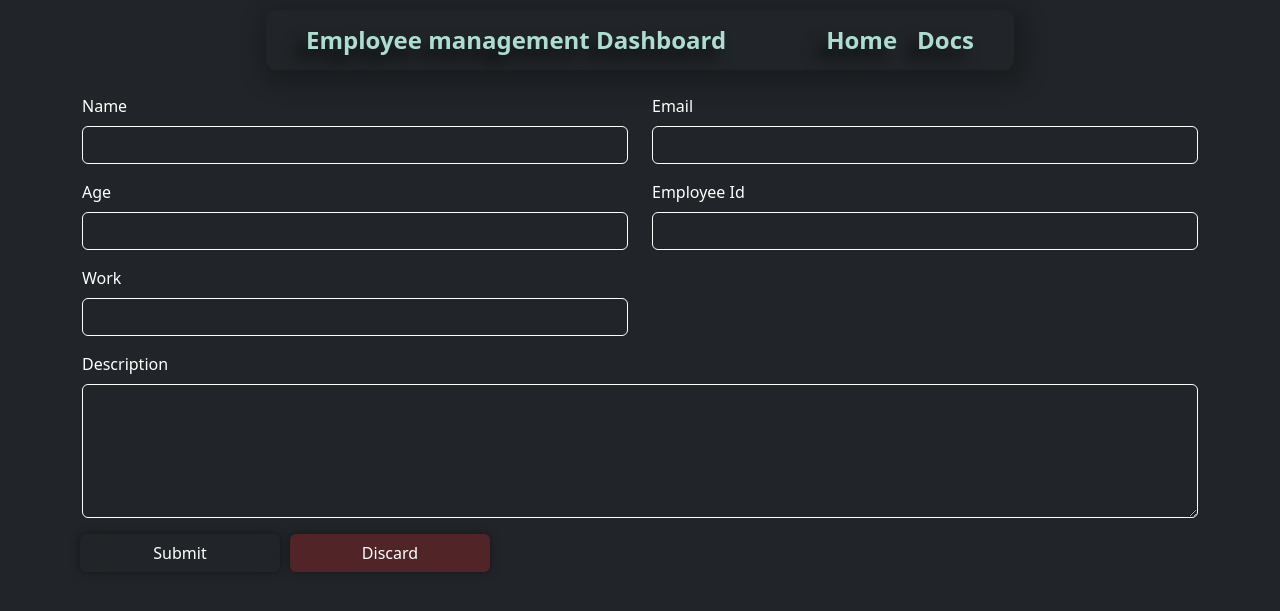
Repository: iamevs/Employee-Management-System
Page: /register (app in client/)
The author's editor kept a copy of each file at every save. The page is drawn from the files as they stood at one save, then again after the next save.
The browser window is 1280 px wide. The pictures show the whole page.
The project was rebuilt for these pictures with package versions that can differ from the ones it lists, and the page was loaded fresh each time. Also part of the build but not shown: client/vite.config.js, client/src/components/Home.jsx, client/src/components/Edit.jsx, client/src/components/Hero.jsx. Imported but missing from the stored project, and not drawn on this page: client/src/components/Details.

Above is the page before, as saved 2022-11-29 00:52:34.

### client/index.html
<html lang="en">
  <head>
    <meta charset="UTF-8" />
    <link rel="icon" type="image/svg+xml" href="/vite.svg" />
    <meta name="viewport" content="width=device-width, initial-scale=1.0" />
    <title>employee-management</title>
  </head>
  <body>
    <div id="root"></div>
    <script type="module" src="/src/main.jsx"></script>
  </body>
</html>

### client/src/main.jsx
import React, { StrictMode } from 'react';
import ReactDOM from 'react-dom';
import { createRoot } from "react-dom/client";
import './index.css';
import App from './App';
import { BrowserRouter } from "react-router-dom"
import ContextProvider from "./components/context/ContextProvider";
// root.render(
//   <StrictMode>
//   <ContextProvider>
//     <BrowserRouter>
//       <App />
//     </BrowserRouter>
//   </ContextProvider>
//   </StrictMode>
//   ,
//   document.getElementById('root')
// );


createRoot(document.getElementById('root')).render(
  <ContextProvider>
    <BrowserRouter>
      <App />
    </BrowserRouter>
  </ContextProvider>
)

### client/src/index.css
body {
  margin: 0;
  font-family: -apple-system, BlinkMacSystemFont, 'Segoe UI', 'Roboto', 'Oxygen',
    'Ubuntu', 'Cantarell', 'Fira Sans', 'Droid Sans', 'Helvetica Neue',
    sans-serif;
  -webkit-font-smoothing: antialiased;
  -moz-osx-font-smoothing: grayscale;
  background-color: #212529 !important;
  color: #fff !important;
}

code {
  font-family: source-code-pro, Menlo, Monaco, Consolas, 'Courier New',
    monospace;
}

.btns{
  display: flex;
  justify-content: space-between;
}

.btns > .tool, .tool{
  /* border: 1px solid #fff; */
  backdrop-filter: blur(10px);
  box-shadow: 0px 0px 9px 1px rgb(0 0 0 / 35%);
}

.form-control{
  background-color: #212529 !important;
  color: #C8DBBE !important;
  border: 1px solid #fff !important;
}

### client/src/App.jsx
import './App.css';
import "../node_modules/bootstrap/dist/css/bootstrap.min.css"
import "../node_modules/bootstrap/dist/js/bootstrap.bundle.min.js"
import Navbar from './components/Navbar';
import Home from './components/Home';
import Register from './components/Register';
import Edit from './components/Edit';
import Details from './components/Details';
import Hero from "./components/Hero.jsx";
import {Routes,Route} from "react-router-dom"




function App() {
  return (
   <>
    <Navbar />
    <Routes>
      <Route path="/" element={<Hero/>} />
      <Route  path="/home" element={<Home/>} />
      <Route exact path="/register" element={<Register/>} />
      <Route exact path="/edit/:id" element={<Edit/>} />
      <Route exact path="/view/:id" element={<Details/>} />
    </Routes>

   </>
  );
}

export default App;

### client/src/components/context/ContextProvider.jsx
import React, { createContext, useState } from 'react'


export const adddata = createContext("");
export const updatedata = createContext("");
export const deldata = createContext("");

const ContextProvider = ({ children }) => {

    const [udata, setUdata] = useState("");
    const [updata, setUPdata] = useState("");
    const [dltdata, setDLTdata] = useState("");


    return (
        <adddata.Provider value={{ udata, setUdata }}>
            <updatedata.Provider value={{ updata, setUPdata }}>
                <deldata.Provider value={{dltdata, setDLTdata}}>
                    {children}
                </deldata.Provider>

            </updatedata.Provider>

        </adddata.Provider>
    )
}

export default ContextProvider;

### client/src/App.css
.add_btn{
  text-align: right;
}

.container{
  overflow: auto;
}

.left_view h3{
  font-size: 21px;
}

.left_view p{
  font-weight: 600;
}

.left_view span{
  font-weight: 400;
}

.right_view p{
  font-weight: 600;
}


.right_view span{
  font-weight: 400;
}

### client/src/components/Navbar.jsx
import React from 'react'
import { NavLink } from 'react-router-dom'
import { Box, Stack } from "@mui/material";


const Navbar = () => {
    return (
        <Stack justifyContent={"center"} direction={"row"} marginTop={"10px"}>
            <Box justifyContent={"space-between"} alignItems={"center"} className="navbar navbar-expand-lg text-white" sx={{
                backgroundColor: "transparent",
                backdropFilter: "blur(10px) !important",
                position: "relative",
                color: "white",
                boxShadow: "4px 7px 20px 11px rgb(0 0 0 / 20%)",
                height: "60px",
                padding: "0 40px 0 40px",
                width: "auto",
                borderRadius: "10px"
            }}>
                <Box sx={{
                    fontSize: "1.5rem",
                    color: "#ADDDD0",
                    fontWeight: "600",
                    textShadow: "-10px 10px 15px rgba(0, 0, 0, 0.8)",
                    marginRight: "100px"
                }}>Employee management Dashboard</Box>
                <Box direction={"row"}>
                    <a href="/home" style={{
                        fontSize: "1.5rem",
                        color: "#ADDDD0",
                        fontWeight: "600",
                        textShadow: "-10px 10px 15px rgba(0, 0, 0, 0.8)",
                        textDecoration: "none",
                    }}>Home</a>
                    <a href="/" style={{
                        fontSize: "1.5rem",
                        color: "#ADDDD0",
                        fontWeight: "600",
                        textShadow: "-10px 10px 15px rgba(0, 0, 0, 0.8)",
                        textDecoration: "none",
                        marginLeft: "20px"
                    }}>Docs</a>

                </Box>
            </Box>
        </Stack>
    )
}

export default Navbar

### client/src/components/Register.jsx
import React, { useContext, useState } from 'react'
import { NavLink, useNavigate } from 'react-router-dom'
import { adddata } from './context/ContextProvider';

var link = "http://localhost:8001/create";

const Register = () => {

    const { udata, setUdata } = useContext(adddata);

    const history = useNavigate();

    const [inpval, setINP] = useState({
        name: "",
        email: "",
        age: "",
        mobile: "",
        work: "",
        desc: ""
    })

    const setdata = (e) => {
        console.log(e.target.value);
        const { name, value } = e.target;
        setINP((preval) => {
            return {
                ...preval,
                [name]: value
            }
        })
    }


    const addinpdata = async (e) => {
        e.preventDefault();

        const { name, email, work, mobile, desc, age } = inpval;


        if (name == "") {
            alert("name is required")
        } else if (email == "") {
            alert("email is required")
        } else if (!email.includes("@")) {
            alert("enter valid email")
        } else if (work == "") {
            alert("work is required")
        } else if (mobile == "") {
            alert("emp id is required")
        } else if (age == "") {
            alert("age is required")
        } else {

            const res = await fetch(link, {
                method: "POST",
                headers: {
                    "Content-Type": "application/json"
                },
                body: JSON.stringify({
                    name, email, work, mobile, desc, age
                })
            });

            const data = await res.json();
            console.log(data);

            if (res.status === 422 || !data) {
                console.log("error ");
                alert("error");

            } else {
                history("/home");
                setUdata(data)
                console.log("data added");

            }
        }

    }

    return (
        <div className="container">
            <form className="mt-4">
                <div className="row">
                    <div class="mb-3 col-lg-6 col-md-6 col-12">
                        <label for="exampleInputEmail1" class="form-label">Name</label>
                        <input type="text" value={inpval.name} onChange={setdata} name="name" class="form-control" id="exampleInputEmail1" aria-describedby="emailHelp" />
                    </div>
                    <div class="mb-3 col-lg-6 col-md-6 col-12">
                        <label for="exampleInputPassword1" class="form-label">Email</label>
                        <input type="email" value={inpval.email} onChange={setdata} name="email" class="form-control" id="exampleInputPassword1" />
                    </div>
                    <div class="mb-3 col-lg-6 col-md-6 col-12">
                        <label for="exampleInputPassword1" class="form-label">Age</label>
                        <input type="text" value={inpval.age} onChange={setdata} name="age" class="form-control" id="exampleInputPassword1" />
                    </div>
                    <div class="mb-3 col-lg-6 col-md-6 col-12">
                        <label for="exampleInputPassword1" class="form-label">Employee Id</label>
                        <input type="number" value={inpval.mobile} onChange={setdata} name="mobile" class="form-control" id="exampleInputPassword1" />
                    </div>
                    <div class="mb-3 col-lg-6 col-md-6 col-12">
                        <label for="exampleInputPassword1" class="form-label">Work</label>
                        <input type="text" value={inpval.work} onChange={setdata} name="work" class="form-control" id="exampleInputPassword1" />
                    </div>
                    <div class="mb-3 col-lg-12 col-md-12 col-12">
                        <label for="exampleInputPassword1" class="form-label">Description</label>
                        <textarea name="desc" value={inpval.desc} onChange={setdata} className="form-control" id="" cols="30" rows="5"></textarea>
                    </div>

                    <button type="submit" onClick={addinpdata} class="btn text-white tool" style={{width: "200px", marginLeft: "10px"}}>Submit</button>
                    <a href="/home" className="btn text-white tool" style={{width: "200px", marginLeft: "10px", backgroundColor: "#e926263d"}}>Discard</a>
                </div>
            </form>
        </div>
    )
}
export default Register;

After the next save:
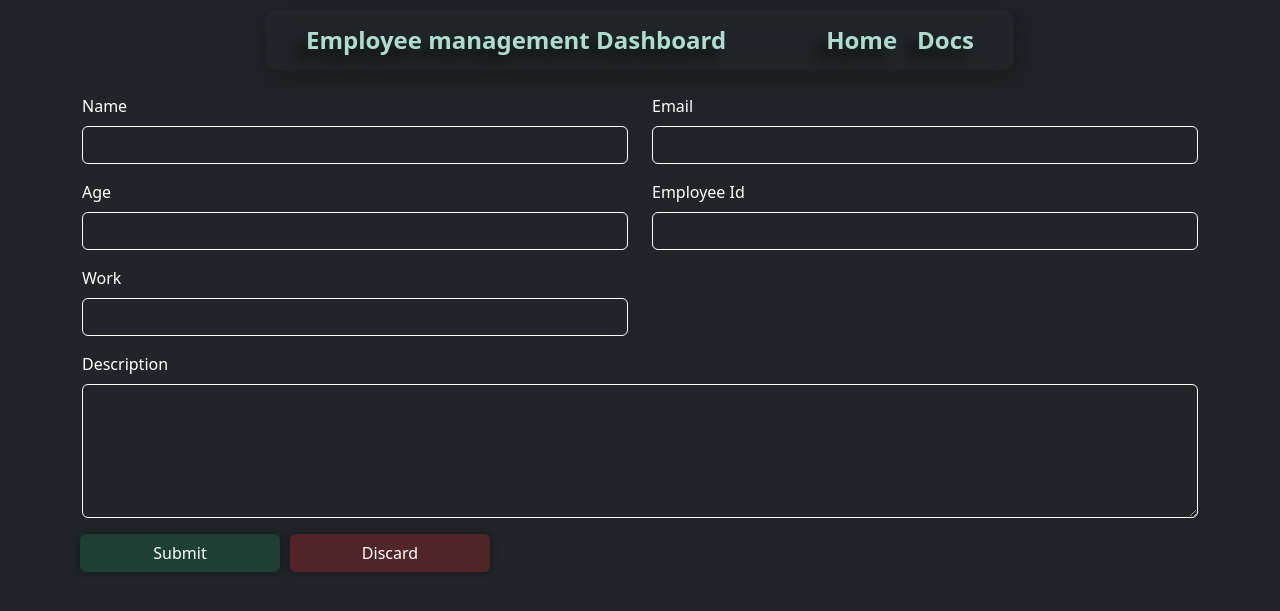
Saved 53 s later.
--- a/client/src/components/Register.jsx
+++ b/client/src/components/Register.jsx
@@ -107,7 +107,7 @@ const Register = () => {
                         <textarea name="desc" value={inpval.desc} onChange={setdata} className="form-control" id="" cols="30" rows="5"></textarea>
                     </div>
 
-                    <button type="submit" onClick={addinpdata} class="btn text-white tool" style={{width: "200px", marginLeft: "10px"}}>Submit</button>
+                    <button type="submit" onClick={addinpdata} class="btn text-white tool" style={{width: "200px", marginLeft: "10px", backgroundColor: "#19875447"}}>Submit</button>
                     <a href="/home" className="btn text-white tool" style={{width: "200px", marginLeft: "10px", backgroundColor: "#e926263d"}}>Discard</a>
                 </div>
             </form>
